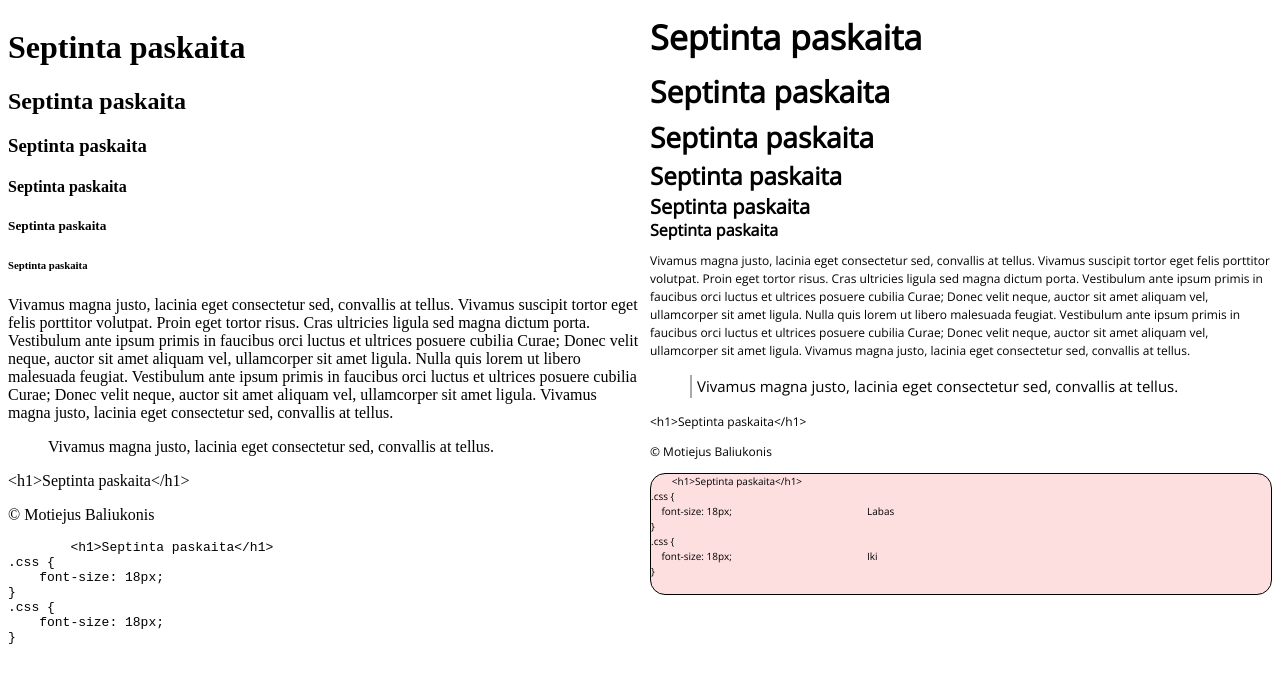
Repository: motiejus1/07-paskaita-05.31
Page: index.html
An editor plug-in stored every save of this project. The page is shown before and after the next save, followed by the edit.
The browser window is 1280 px wide. The pictures show the whole page.

Above is the page before, as saved 2021-06-10 20:50:51.

After the next save:
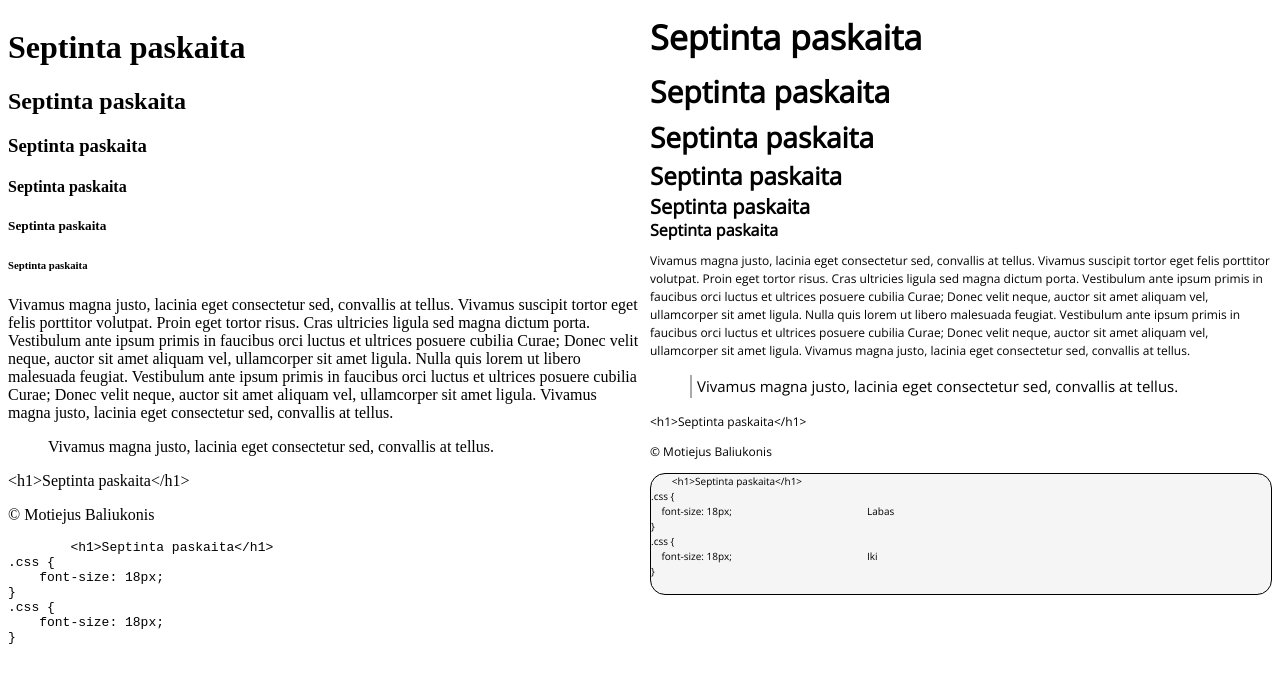
Saved 7 s later.
--- a/index.html
+++ b/index.html
@@ -31,7 +31,7 @@
             color: black;
             border: 1px solid black;
             border-radius: 15px;
-            background-color: #fddfdf ;
+            background-color: #f5f5f5 ;
         }
 
         .right h1, .right h2, .right h3, .right h4, .right h5, .right h6 {
